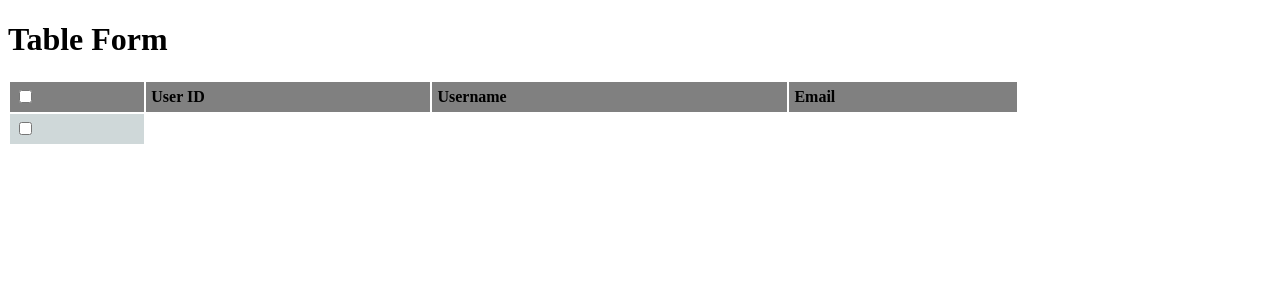
Repository: AHSANS354/tugas-sib5
Page: tugastable.html
The author's editor kept a copy of each file at every save. The page is drawn from the files as they stood at one save, then again after the next save.
The browser window is 1280 px wide. The pictures show the whole page.

Above is the page before, as saved 2023-08-21 15:06:32.

After the next save:
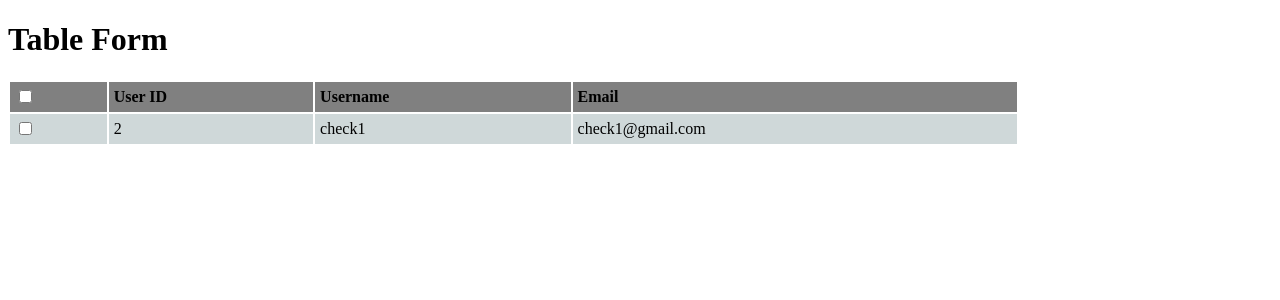
Saved 3 min 12 s later.
--- a/tugastable.html
+++ b/tugastable.html
@@ -16,6 +16,9 @@
       </tr>
       <tr bgcolor="#CFD8D9">
         <td><input type="checkbox" name="ceklist" value="cek1" /></td>
+        <td>2</td>
+        <td>check1</td>
+        <td>check1@gmail.com</td>
       </tr>
     </table>
   </body>
